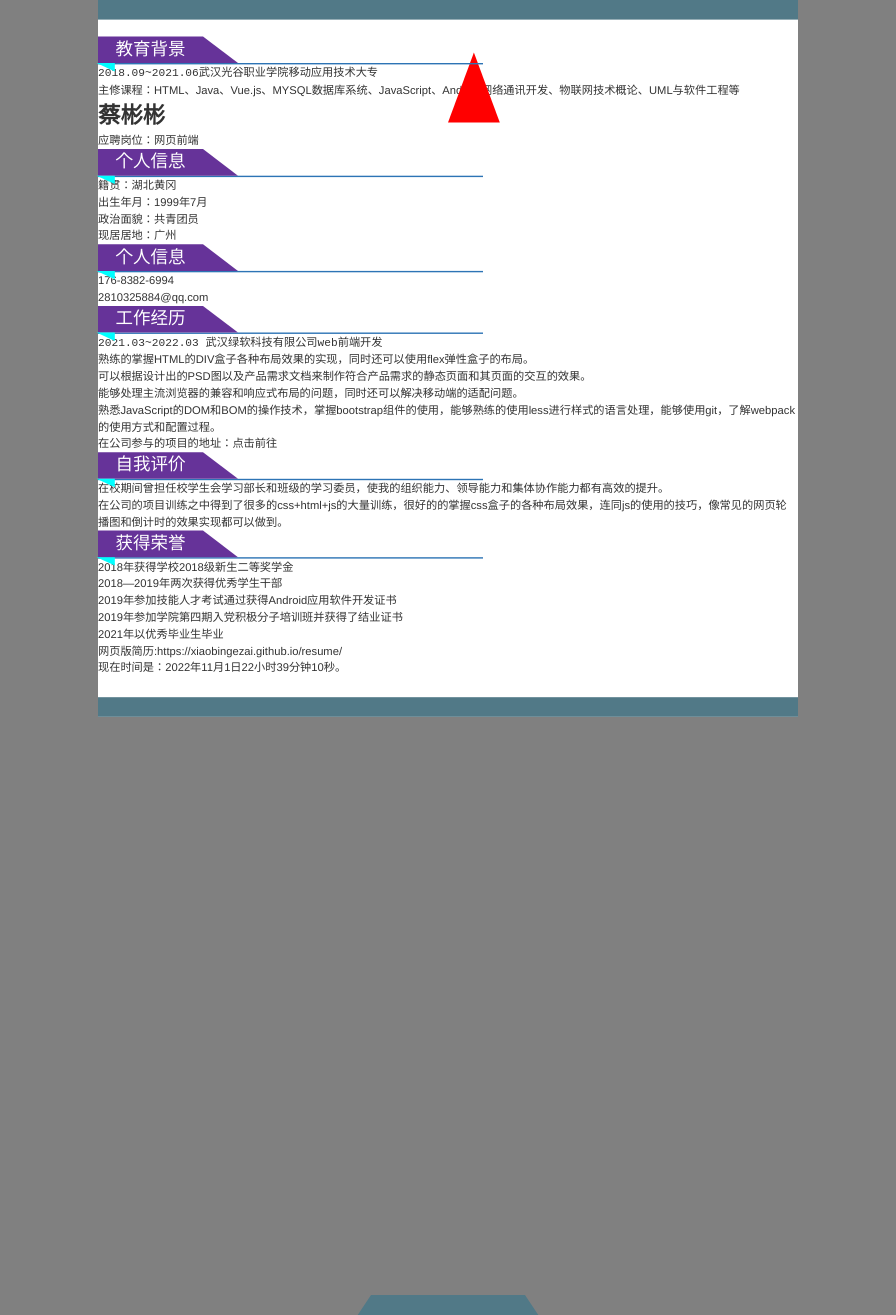
Repository: xiaobingezai/resume
Page: index.html
An editor plug-in stored every save of this project. The page is shown before and after the next save, followed by the edit.
The browser window is 1280 px wide. The pictures show the whole page, at 70% of full size.

Above is the page before, as saved 2022-11-02 22:13:25.

After the next save:
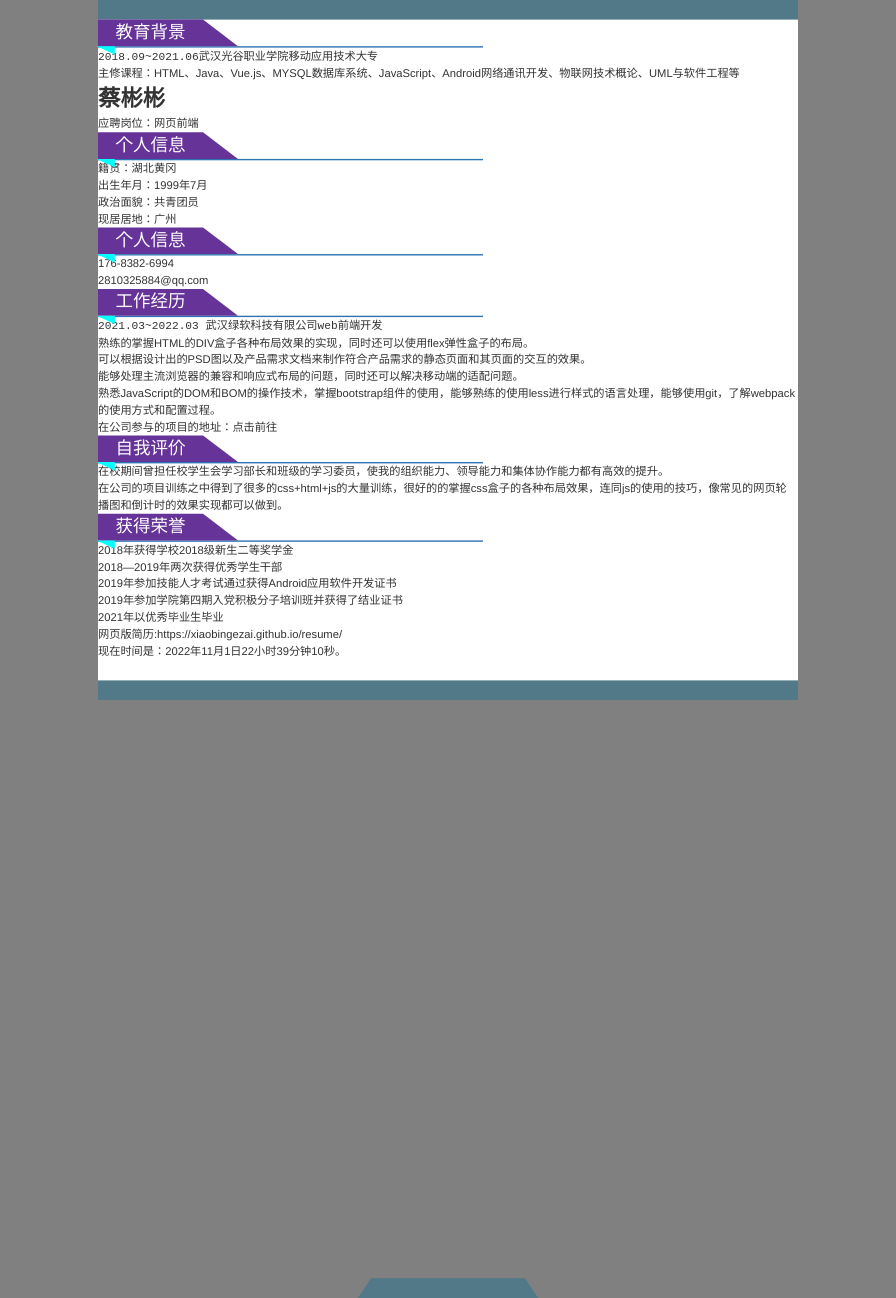
Saved 2 min 2 s later.
--- a/css/index.css
+++ b/css/index.css
@@ -146,9 +146,7 @@ body{
 
     width: 100px;
     height: 0px;
-    border-width: 0 37px 100px 37px;
-    border-style:none solid solid;
-    border-color:transparent transparent red;
+    transform: perspective(.5em) rotateX(5deg);
 }
 #zhengTi .tiXing {
     width: 260px;
